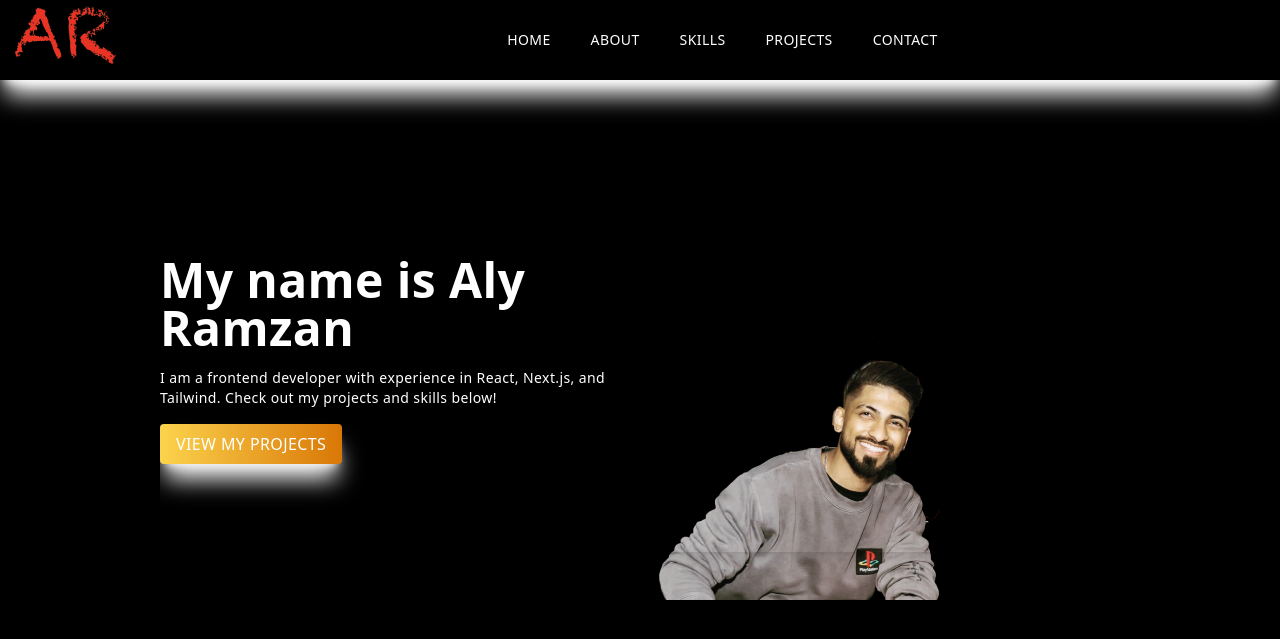
Repository: Sheraliramzan/alyportfolio
Page: /
An editor plug-in stored every save of this project. The page is shown before and after the next save, followed by the edit.
The browser window is 1280 px wide. The pictures show the whole page.
The project was rebuilt for these pictures with package versions that can differ from the ones it lists, and the page was loaded fresh each time. The framework's server and built-in components were replaced by stand-ins that run in the browser. Also part of the build but not shown: next.config.js.

Above is the page before, as saved 2023-03-05 20:09:34.

### pages/index.js
import Head from 'next/head'
import react from 'react'
import Image from 'next/image'
import Navbar from '@/components/Navbar'
import Hero from '@/components/Home'


export default function Home() {
  return (
    <>
      <Head>
        <title>Aly | Front-end Developer</title>
        <meta name="description" content="Generated by create next app" />
        <meta name="viewport" content="width=device-width, initial-scale=1" />
        <link rel="icon" href="/assets/logo.png" />
      </Head>
      <Navbar/>
      <Hero/>
    </>
  )
}

### styles/globals.css
@tailwind base;
@tailwind components;
@tailwind utilities;

@layer base{
  body {
    @apply bg-black text-gray-800 tracking-wide
  }
  h1,h2,h3,h4,h5,h6 {
    @apply font-bold text-gray-800
  }
  h1{
    @apply text-4xl sm:text-5xl md:text-6xl
  }
  h2{
    @apply text-3xl sm:text-4xl
  }
  li{
    @apply cursor-pointer
  }
  button{
    @apply shadow-xl shadow-white rounded-xl uppercase bg-gradient-to-r from-amber-300 to-amber-600
  }
}

### components/Navbar.jsx
import Image from "next/image";
import Link from "next/link";
import React, {useState} from "react";
import {AiOutlineClose, AiOutlineMail, AiOutlineMenu} from "react-icons/ai";
import {FaLinkedinIn, FaInstagram, FaGithub} from "react-icons/fa";

export default function Navbar () {

    const [show, setShow] = useState(false);

    const handleShow = () => {
        setShow(!show);
    }
    return(
        <div className="fixed w-full h-20 bg-black shadow-xl shadow-white z-[100]">
            <div className="flex justify-between items-center w-full h-full px-2 2xl:px-16">
                <Image
                    src="/../public/assets/logo.png"
                    alt="/"
                    width={125}
                    height={50}
                />
                <div>
                    <ul className=" hidden md:flex ">
                        <Link href="/">
                            <li className="ml-10 text-sm uppercase hover:border-b hover:text-red-600 text-white">Home</li>
                        </Link>
                        <Link href="/">
                            <li className="ml-10 text-sm uppercase hover:border-b hover:text-red-600 text-white">About</li>
                        </Link>
                        <Link href="/">
                            <li className="ml-10 text-sm uppercase hover:border-b hover:text-red-600 text-white">Skills</li>
                        </Link>
                        <Link href="/">
                            <li className="ml-10 text-sm uppercase hover:border-b hover:text-red-600 text-white">Projects</li>
                        </Link>
                        <Link href="/">
                            <li className="ml-10 text-sm uppercase hover:border-b hover:text-red-600 text-white">Contact</li>
                        </Link>

                    </ul>
                     <div onClick={handleShow} className="md:hidden">
                         <AiOutlineMenu size={25}/>
                    </div>
                </div>
                <div className={show ? "md:hidden fixed left-0 top-0 w-full h-screen bg-black/60" : ""}>
                    <div className={show ?
                    "fixed left-0 top-0 w-[75%] sm:w-[60%] md:w-[45%] h-screen bg-gray-500 p-10 ease-in duration-500" :
                    "fixed left-[-100%] top-0 p-10 ease-in duration-500"}>
                        <div>
                            <div className="flex w-full items-center justify-between">
                                <Image
                                src="/../public/assets/logo.png"
                                alt="/"
                                width={87}
                                height={35}
                                />
                                <div onClick={handleShow} className="bg-gray-500 rounded-full shadow-lg shadow-black p-3 cursor-pointer">
                                    <AiOutlineClose size={25}/>
                                </div>
                            </div>
                            <div className="border-b border-black my-4">
                                <p className="w-[85%] md:w-[90%] py-4 font-bold">Let's code something outstanding</p>
                            </div>
                        </div>
                        <div className="py-4 flex flex-col">
                            <ul className="uppercase">
                                <Link href="/">
                                    <li className="py-4 text-sm font-bold">Home</li>
                                </Link>
                                <Link href="/">
                                    <li className="py-4 text-sm font-bold ">About</li>
                                </Link>
                                <Link href="/">
                                    <li className="py-4 text-sm font-bold">Skills</li>
                                </Link>
                                <Link href="/">
                                    <li className="py-4 text-sm font-bold">Projects</li>
                                </Link>
                                <Link href="/">
                                    <li className="py-4 text-sm font-bold">Contact</li>
                                </Link>
                            </ul>
                            <div className="pt-40">
                                <p className="uppercase tracking-widest text-red-600">Connect with me</p>
                                <div className="flex items-center justify-between my-4 w-full sm:w-[80%]">
                                    <div className="rounded-full shadow-lg shadow-black p-3 cursor-pointer hover:scale-105 ease-in duration-300">
                                        <FaLinkedinIn />
                                    </div>
                                    <div className="rounded-full shadow-lg shadow-black p-3 cursor-pointer hover:scale-105 ease-in duration-300">
                                        <FaGithub />
                                    </div>
                                    <div className="rounded-full shadow-lg shadow-black p-3 cursor-pointer hover:scale-105 ease-in duration-300">
                                        <FaInstagram />
                                    </div>
                                    <div className="rounded-full shadow-lg shadow-black p-3 cursor-pointer hover:scale-105 ease-in duration-300">
                                        <AiOutlineMail />
                                    </div>
                                </div>
                            </div>
                        </div>
                    </div>
                </div>
            </div>
        </div>
    )
}

### components/Home.jsx
import React from "react";
import Head from "next/head";
import Image from "next/image";
import Link from "next/link";

export default function Hero () {
  return (
    <div className="min-h-screen flex flex-col justify-center items-center">
      <Head>
        <title>My Portfolio | Hero Page</title>
      </Head>
      <div className="max-w-screen-lg w-full px-4 sm:px-6 lg:px-8">
        <div className="relative flex flex-col md:flex-row items-center justify-center md:justify-between py-8 md:py-12 rounded-lg shadow-lg overflow-hidden">
          <div className="md:w-1/2">
            <h1 className="text-3xl md:text-5xl font-bold leading-tight text-white mb-2">
              My name is Aly Ramzan
            </h1>
            <p className="text-white text-xl md:text-sm my-4">
              I am a frontend developer with experience in React, Next.js, and Tailwind. Check out my projects and skills below!
            </p>
            <div className="mt-4">
              <Link href="/projects">
                <button className="text-white bg-blue-600 hover:bg-blue-700 font-medium py-2 px-4 rounded">
                  View my projects
                </button>
              </Link>
            </div>
          </div>
          <div className="md:w-1/2 mt-8 md:mt-0">
            <div className="relative h-72 sm:h-80 md:h-96">
              <div className="absolute inset-0 h-full w-full bg-rounded-lg shadow-lg"></div>
              <Image
                src="/../public/assets/Me.png"
                alt="Hero Image"
                width={300}
                height={300}

              />
            </div>
          </div>
        </div>
      </div>
    </div>
  );
};

Loaded but not shown: pages/_app.js (common file); pages/_document.js (common file); tailwind.config.js (common file)

After the next save:
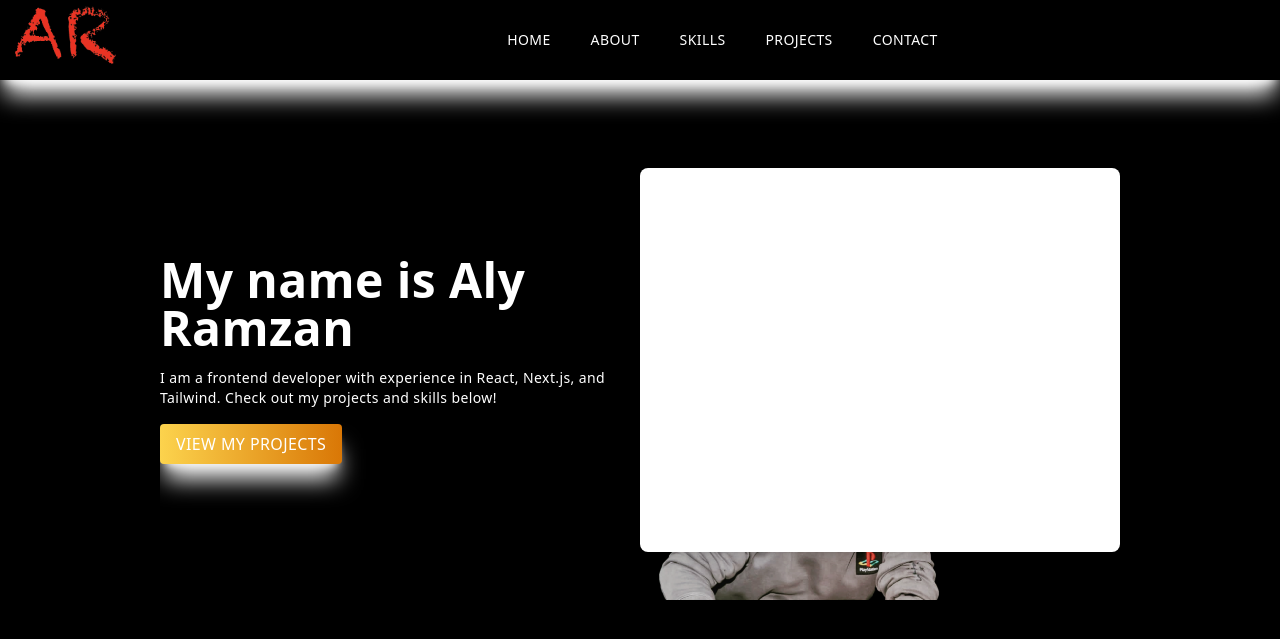
Saved 4 s later.
--- a/components/Home.jsx
+++ b/components/Home.jsx
@@ -28,7 +28,7 @@
           </div>
           <div className="md:w-1/2 mt-8 md:mt-0">
             <div className="relative h-72 sm:h-80 md:h-96">
-              <div className="absolute inset-0 h-full w-full bg-rounded-lg shadow-lg"></div>
+              <div className="absolute inset-0 h-full w-full bg-white rounded-lg shadow-lg"></div>
               <Image
                 src="/../public/assets/Me.png"
                 alt="Hero Image"

After the 2 saves that followed:
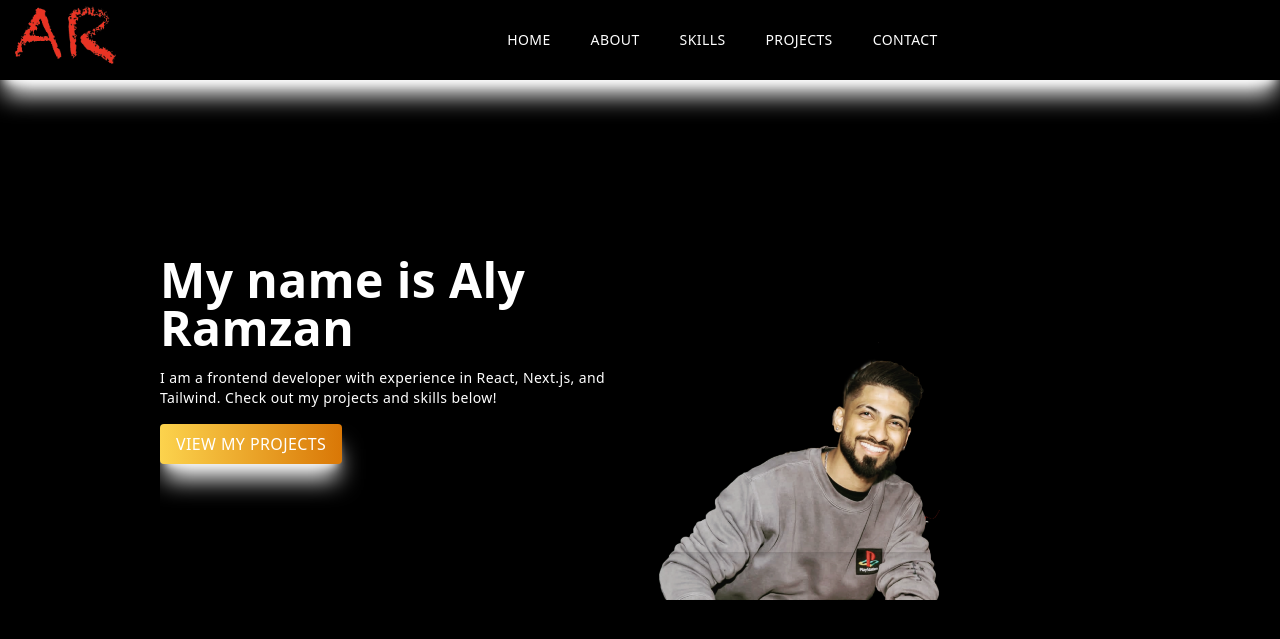
The 2 saves are shown as one change because they came seconds apart.
The last was saved 18 s later.
--- a/components/Home.jsx
+++ b/components/Home.jsx
@@ -28,7 +28,7 @@
           </div>
           <div className="md:w-1/2 mt-8 md:mt-0">
             <div className="relative h-72 sm:h-80 md:h-96">
-              <div className="absolute inset-0 h-full w-full bg-white rounded-lg shadow-lg"></div>
+              <div className="absolute inset-0 h-full w-full rounded-lg shadow-lg"></div>
               <Image
                 src="/../public/assets/Me.png"
                 alt="Hero Image"
